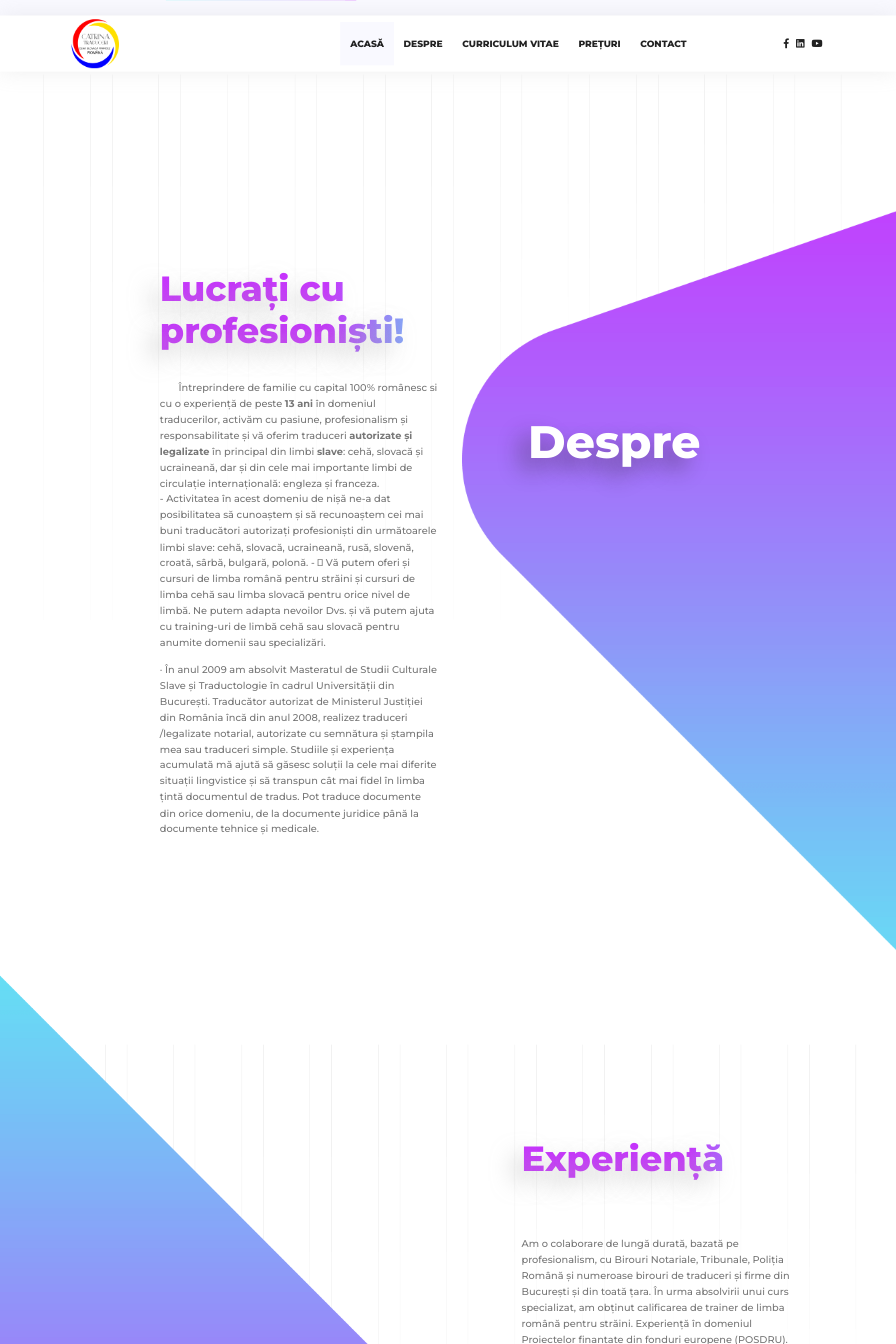
Repository: roscaImarius/site_traduceri
Page: index.html
The author's editor kept a copy of each file at every save. The page is drawn from the files as they stood at one save, then again after the next save.
The browser window is 1280 px wide. The pictures show the part of the page from y = 589 to 2509 px (the page is 7580 px tall), at 70% of full size.

Above is the page before, as saved 2022-03-17 15:06:54.

### index.html
<!DOCTYPE html>
<html lang="en" class="no-js">
  <head>
    <meta
      name="viewport"
      content="width=device-width, initial-scale=1, shrink-to-fit=no"
    />
    <meta name="author" content="CodePixar" />
    <meta name="description" content="" />
    <meta name="keywords" content="" />
    <meta charset="UTF-8" />

    <title>Traduceri</title>

    <link
      href="https://fonts.googleapis.com/css?family=Montserrat:500,600,700,800,900"
      rel="stylesheet"
    />
    <link
      href="https://fonts.googleapis.com/css?family=Open+Sans:400,600"
      rel="stylesheet"
    />
    <!-- ===========================================
		CSS Files
    ============================================= -->
    <link rel="stylesheet" href="css/font-awesome.min.css" />
    <link rel="stylesheet" href="css/bootstrap.css" />
    <link rel="stylesheet" href="css/main.css" />
  </head>

  <body class="version5" id="top">
    <div class="se-pre-con"></div>

    <!--================ Start Banner Area =================-->
    <section class="home-area" id="home">
      <div class="banner-area relative">
        <div class="container-fluid">
          <div class="row justify-content-center height align-items-center">
            <div class="col-lg-5 col-md-6 col-sm-12">
              <div class="banner-img">
                <img class="img-fluid" src="img/banner-img5.jpg" alt="" />
              </div>
            </div>
            <div class="col-lg-5 col-md-6 col-sm-12">
              <div class="banner-content text-right">
                <h4 class="mb-30 hello text-uppercase text-white">
                  Salut, noi suntem
                </h4>
                <h1 class="name">Catrina Traduceri</h1>
                <p class="mt-5 h6 pHome dark">
                  Ne numărăm printre foarte puținii traducători autorizați de
                  Ministerul Justiției din România pentru traduceri din limbile
                  slave, de nisă: cehă, slovacă și ucraineană.
                </p>
              </div>
            </div>
          </div>
        </div>
      </div>
    </section>
    <!--================Header Menu Area =================-->
    <header class="header_area" id="header5">
      <div class="main_menu">
        <nav class="navbar navbar-expand-lg">
          <div class="container-fluid">
            <!-- Brand and toggle get grouped for better mobile display -->
            <a class="navbar-brand logo_h" href="index.html"
              ><img class="logoo" src="img/logo5_1.png" alt=""
            /></a>
            <button
              class="navbar-toggler"
              type="button"
              data-toggle="collapse"
              data-target="#navbarSupportedContent"
              aria-controls="navbarSupportedContent"
              aria-expanded="false"
              aria-label="Toggle navigation"
            >
              <i class="fas fa-bars"></i>
            </button>
            <!-- Collect the nav links, forms, and other content for toggling -->
            <div
              class="collapse navbar-collapse offset"
              id="navbarSupportedContent"
            >
              <ul class="nav navbar-nav menu_nav ml-auto nav5">
                <li class="nav-item active5">
                  <a class="nav-link" href="#home">Acasă</a>
                </li>
                <li class="nav-item">
                  <a class="nav-link" href="#about">Despre</a>
                </li>
                <li class="nav-item">
                  <a class="nav-link" href="#resume">Curriculum Vitae</a>
                </li>
                <li class="nav-item">
                  <a class="nav-link" href="#portfolio">prețuri</a>
                </li>
                <li class="nav-item">
                  <a class="nav-link" href="#contact">contact</a>
                </li>
              </ul>

              <!-- SOCIAL MEDIA -->
              <ul class="nav navbar-nav social-icons">
                <li class="nav-item">
                  <a href="https://www.facebook.com/catrina.traduceri">
                    <i class="fab fa-facebook-f"></i>
                  </a>
                </li>
                <li class="nav-item">
                  <a
                    href="https://www.linkedin.com/in/ionut-catrina-405244178/"
                  >
                    <i class="fab fa-linkedin"></i>
                  </a>
                </li>
                <li class="nav-item">
                  <a href="#">
                    <i class="fab fa-youtube"></i>
                  </a>
                </li>
              </ul>
            </div>
          </div>
        </nav>
      </div>
    </header>

    <!--================ Start About Area =================-->
    <section class="about-area section-gap-top-5 relative" id="about">
      <div class="container-fluid">
        <div class="row row-reverse">
          <div class="offset-lg-2 col-lg-4 col-md-12">
            <h2 class="heading mb-40">Lucrați cu profesioniști!</h2>
            <p style="text-indent: 20pt">
              Întreprindere de familie cu capital 100% românesc si cu o
              experiență de peste
              <span style="font-weight: bold">13 ani</span> în domeniul
              traducerilor, activăm cu pasiune, profesionalism și
              responsabilitate și vă oferim traduceri
              <span style="font-weight: bold"> autorizate și legalizate</span>
              în principal din limbi
              <span style="font-weight: bold">slave</span>: cehă, slovacă și
              ucraineană, dar și din cele mai importante limbi de circulație
              internațională: engleza și franceza. <br />- Activitatea în acest
              domeniu de nișă ne-a dat posibilitatea să cunoaștem și să
              recunoaștem cei mai buni traducători autorizați profesioniști din
              următoarele limbi slave: cehă, slovacă, ucraineană, rusă, slovenă,
              croată, sârbă, bulgară, polonă. -  Vă putem oferi și cursuri de
              limba română pentru străini și cursuri de limba cehă sau limba
              slovacă pentru orice nivel de limbă. Ne putem adapta nevoilor Dvs.
              și vă putem ajuta cu training-uri de limbă cehă sau slovacă pentru
              anumite domenii sau specializări.
            </p>
            <p class="mb-50">
              &middot; În anul 2009 am absolvit Masteratul de Studii Culturale
              Slave și Traductologie în cadrul Universității din București.
              Traducător autorizat de Ministerul Justiției din România încă din
              anul 2008, realizez traduceri /legalizate notarial, autorizate cu
              semnătura și ștampila mea sau traduceri simple. Studiile și
              experiența acumulată mă ajută să găsesc soluții la cele mai
              diferite situații lingvistice și să transpun cât mai fidel în
              limba țintă documentul de tradus. Pot traduce documente din orice
              domeniu, de la documente juridice până la documente tehnice și
              medicale.
            </p>
          </div>

          <div class="col-lg-6 p-0 col-md-12">
            <div class="right-side">
              <h2 class="text-white right-heading">Despre</h2>
            </div>
          </div>
        </div>
      </div>
    </section>

    <!--================ Start Experience Area =================-->
    <section class="experience-area relative" id="resume">
      <div class="container-fluid">
        <div class="row">
          <div class="col-lg-6 p-0 col-md-12">
            <div class="left-side">
              <h2 class="text-white indented cv left-heading">C.V.</h2>
            </div>
          </div>

          <div class="xpDiv col-lg-4 md-mr col-md-12">
            <h2 class="heading mb-80">Experiență</h2>
            <div class="resume-content">
              <div class="work-exp mb-50">
                <p>
                  Am o colaborare de lungă durată, bazată pe profesionalism, cu
                  Birouri Notariale, Tribunale, Poliția Română și numeroase
                  birouri de traduceri și firme din București și din toată țara.
                  În urma absolvirii unui curs specializat, am obținut
                  calificarea de trainer de limba română pentru străini.
                  Experiență în domeniul Proiectelor finanțate din fonduri
                  europene (POSDRU). In perioada 1.7.2010 - 1.11.2013 am ocupat
                  pozitia de Responsabil vizite de studiu – schimb de experiență
                  în cadrul unor proiecte transnaționale (între România și
                  Republica Cehă).
                </p>
              </div>

              <h2 class="heading mt-120 mb-80">Education</h2>
              <div class="study">
                <h4 class="subject">Master</h4>
                <p>
                  <span class="title">Session</span>
                  <span class="info">: 2010-11</span>
                </p>
                <p>
                  <span class="title">Result</span>
                  <span class="info">: 3.78 (In the Scale of 4.00)</span>
                </p>
              </div>

              <div class="study">
                <h4 class="subject">Bachelor</h4>
                <p>
                  <span class="title">Session</span>
                  <span class="info">: 2006-09</span>
                </p>
                <p>
                  <span class="title">Result</span>
                  <span class="info">: 3.40 (In the Scale of 4.00)</span>
                </p>
              </div>

              <div class="study">
                <h4 class="subject">Diploma</h4>
                <p>
                  <span class="title">Session</span>
                  <span class="info">: 20063-06</span>
                </p>
                <p>
                  <span class="title">Result</span>
                  <span class="info">: 4.94 (In the Scale of 5.00)</span>
                </p>
              </div>
            </div>
          </div>
        </div>
      </div>
    </section>

    <!--================ Start PRICE Area =================-->
    <section class="price-area section-gap-top-5 relative" id="portfolio">
      <div class="container-fluid">
        <div class="row row-reverse">
          <div class="divFaraPret offset-lg-2 col-lg-4 col-md-12">
            <h2 class="heading mb-40">Detalii tarife</h2>
            <h1>Text</h1>
            <p>
              Lorem ipsum dolor sit amet consectetur adipisicing elit. Tempora
              omnis rem magnam voluptatum molestiae, unde id fuga illum
              consequatur nisi? Unde voluptates quia enim ab quae consequatur.
              Doloremque amet eveniet autem hic error veniam ullam aliquid
              aperiam corrupti expedita tempora fugiat, accusantium esse alias
              ea quam architecto totam perferendis, eum excepturi consectetur,
              distinctio placeat! A iure sint corporis fuga aperiam quo incidunt
              enim aut vel totam, dolorum architecto sed placeat, doloribus quam
              fugit! Deserunt iure eligendi at laborum corrupti libero,
              molestias, aliquid hic, nihil non ad voluptatum esse molestiae
              quam culpa sit quos! Maiores molestiae ab laboriosam nam magnam,
              illo eligendi dolorem explicabo. Expedita consequatur debitis
              ratione excepturi exercitationem quam neque quaerat magni aliquid
              voluptate, velit voluptatem ut quasi facilis totam ipsa nulla unde
              assumenda perspiciatis non sequi pariatur repellat? Dicta voluptas
              magni id omnis eveniet sunt consectetur aperiam necessitatibus
              sequi tempora quos neque sit iure aspernatur deserunt atque cum,
              debitis quibusdam inventore facilis velit, consequatur nobis
              excepturi. Suscipit dolorem, quisquam quos non reiciendis, earum
              repudiandae error nobis aspernatur optio expedita eligendi atque
              odit nihil ullam cumque a sunt aperiam culpa obcaecati corporis
              iusto? Magnam sequi, necessitatibus nemo odit illo nobis aut,
              voluptas suscipit consequuntur voluptatibus nisi earum. Dolor,
              aperiam?
            </p>
          </div>

          <div class="divPreturi col-lg-6 p-0 col-md-12">
            <div class="right-side">
              <h2 class="text-white right-heading">Prețuri</h2>
            </div>
          </div>
        </div>
      </div>
    </section>

    <!--================ Start CONTACT Area =================-->
    <section class="client-area relative" id="contact">
      <div class="container-fluid">
        <div class="row">
          <div class="col-lg-6 p-0 col-md-12">
            <div class="left-side">
              <h2 class="text-white left-heading">Contact</h2>
            </div>
          </div>

          <div class="contactDiv offset-lg-2 col-lg-4 col-md-12">
            <div class="form-area text-left">
              <h5><i>Telefon:</i></h5>
              <p>+40 726 471 135 <br /></p>
            </div>

            <div class="form-area text-left">
              <h5><i>E-mail:</i></h5>
              <p>catrina.traduceri@yahoo.com</p>
            </div>

            <div class="form-area adresa text-left">
              <h5><i>Adresă:</i></h5>
              <p>
                Calea Dorobantilor nr. 135-145, bl. 10, sc. C, Ap. 156, sector
                1, Bucuresti.
              </p>
            </div>
            <img class="mapa" src="./img/mapa.png" alt="" />
            <img class="mapa" src="./img/mapa.png" alt="" />
            <img class="mapa" src="./img/mapa.png" alt="" />
          </div>
        </div>
      </div>
    </section>

    <!--= Start Scroll to Top Area ########## -->
    <div id="back-top">
      <a title="Go to Top" href="#">
        <i class="fas fa-angle-up"></i>
      </a>
    </div>

    <script src="js/vendor/jquery-2.2.4.min.js"></script>
    <!-- <script src="js/popper.min.js"></script> -->
    <script src="js/vendor/bootstrap.min.js"></script>
    <script src="js/jquery.ajaxchimp.min.js"></script>
    <script src="js/counter-up.js"></script>
    <script src="js/isotope.pkgd.min.js"></script>
    <script src="js/waypoints.min.js"></script>
    <script src="js/main.js"></script>
  </body>
</html>

Loaded but not shown: css/font-awesome.min.css (library); css/bootstrap.css (library); js/vendor/jquery-2.2.4.min.js (library); js/vendor/bootstrap.min.js (library); js/jquery.ajaxchimp.min.js (library); js/isotope.pkgd.min.js (library); js/waypoints.min.js (library); js/main.js (150 lines, source omitted); js/counter-up.js (8 lines, source omitted); css/main.css (1566 lines, source omitted)

After the next save:
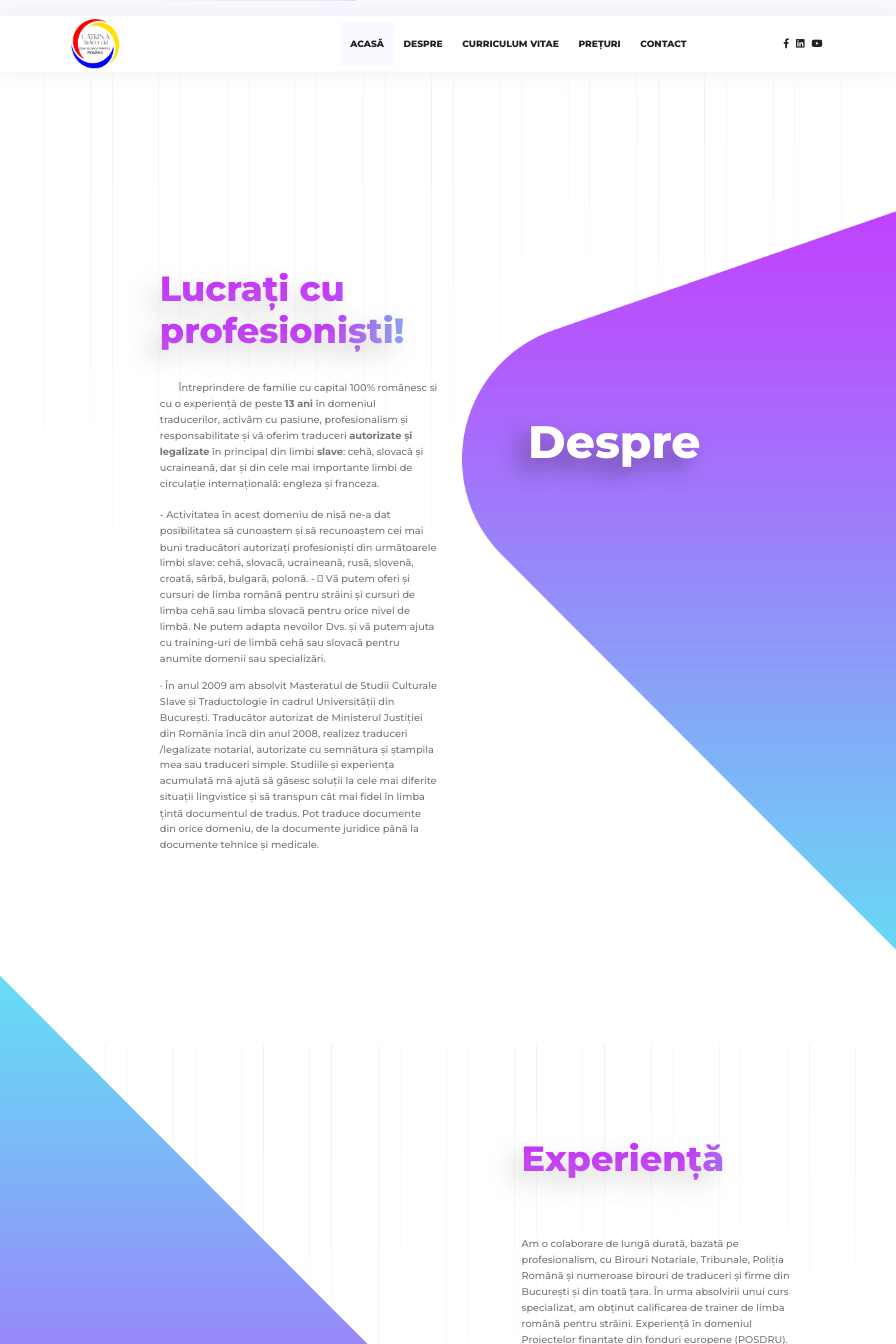
Saved 23 s later.
--- a/index.html
+++ b/index.html
@@ -143,8 +143,8 @@
               în principal din limbi
               <span style="font-weight: bold">slave</span>: cehă, slovacă și
               ucraineană, dar și din cele mai importante limbi de circulație
-              internațională: engleza și franceza. <br />- Activitatea în acest
-              domeniu de nișă ne-a dat posibilitatea să cunoaștem și să
+              internațională: engleza și franceza. <br /><br />- Activitatea în
+              acest domeniu de nișă ne-a dat posibilitatea să cunoaștem și să
               recunoaștem cei mai buni traducători autorizați profesioniști din
               următoarele limbi slave: cehă, slovacă, ucraineană, rusă, slovenă,
               croată, sârbă, bulgară, polonă. -  Vă putem oferi și cursuri de
